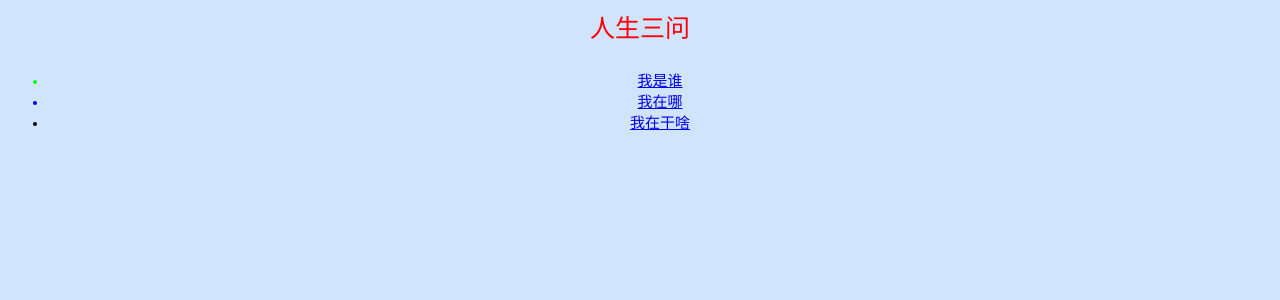
Repository: biuiuiu/springStudy
Page: http://localhost/Sad/
These files come from the project's save history. The page is drawn as it stood at one moment and after the next save; the edit follows.
The browser window is 1280 px wide. The pictures show the whole page.
The page is served by Tomcat 9. Other server files are loaded and not shown.

Above is the page before, as saved 2017-06-14 07:23:41.

### Sad/WebContent/index.jsp
<%@ page language="java" import="java.util.*" pageEncoding="UTF-8"%>

<!DOCTYPE HTML PUBLIC "-//W3C//DTD HTML 4.01 Transitional//EN">

<html>

<head>

<title>Sad</title>


<script>


	function loadXMLDoc()
	{
	    var xmlhttp;
	    if (window.XMLHttpRequest)
	    {
	        // IE7+, Firefox, Chrome, Opera, Safari 浏览器执行代码
	        xmlhttp=new XMLHttpRequest();
	    }
	    else
	    {
	        // IE6, IE5 浏览器执行代码
	        xmlhttp=new ActiveXObject("Microsoft.XMLHTTP");
	    }
	    xmlhttp.onreadystatechange=function()
	    {
	        if (xmlhttp.readyState==4 && xmlhttp.status==200)
	        {
	            document.getElementById("myDiv").innerHTML=xmlhttp.responseText;
	        }
	    }
	    xmlhttp.open("GET","sad/helloworld/getString/1",true);
	    xmlhttp.send();
	}

</script>

<style>
	body{
		 background-color:#d0e4fe;
		 text-align:center;
	}
	p{
		color:#ff0000;
		font-size:25px;
	}
	ul{
		font-size:15px
	}
	li.first{
		color:#00ff00;
	}
	li.second{
		color:#0000ff;
	}
</style>
</head>

<body>
	<p>人生三问</p>
	<ul>
		<li class = "first"><a href = "/helloworld/getString/1">我是谁</a></li>
		<li class = "second"><a href = "/sad/where">我在哪</a></li>
		<li class = "third"><a href = "/sad/what">我在干啥</a></li>
	</ul>

</body>

</html>

After the next save:
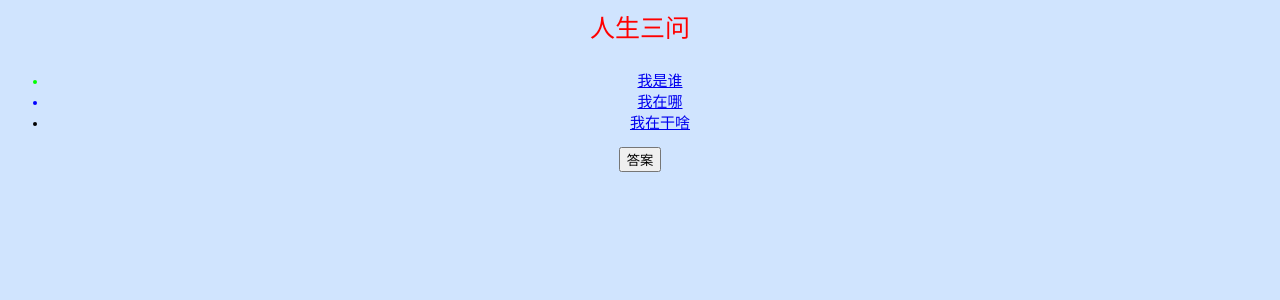
Saved 70 s later.
--- a/Sad/WebContent/index.jsp
+++ b/Sad/WebContent/index.jsp
@@ -66,6 +66,8 @@
 		<li class = "second"><a href = "/sad/where">我在哪</a></li>
 		<li class = "third"><a href = "/sad/what">我在干啥</a></li>
 	</ul>
+	<button onClick = >答案</button>
+	<div id="myDiv"></div>
 
 </body>
 
